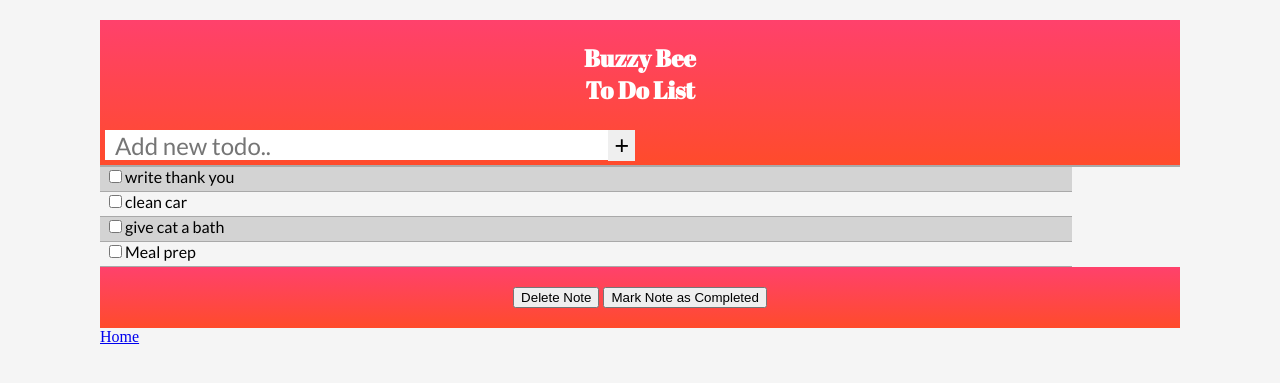
Repository: seleniadelgado/backend-spring2020-angie
Page: projects/todo/public_html/index.html
These files come from the project's save history. The page is drawn as it stood at one moment and after a run of saves; the edit follows.
The browser window is 1280 px wide. The pictures show the whole page.
The page's requests for data from a server got no answer.

Above is the page before, as saved 2020-05-13 16:15:26.

After the next 2 saves:
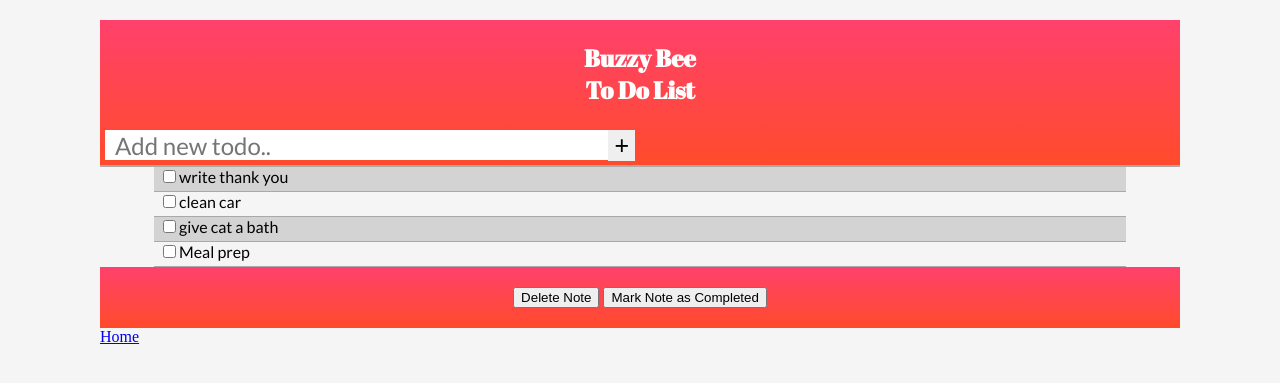
The 2 saves are shown as one change because they came seconds apart.
The last was saved 15 s later.
--- a/projects/todo/public_html/styles.css
+++ b/projects/todo/public_html/styles.css
@@ -71,8 +71,7 @@ body {
     padding-left: 5px;
     font-family: var(--list-font);
     width: 90%;
-    display: flex;
-    align-content: center;
+    margin: auto;
 }
 
 .buttonsArea {
